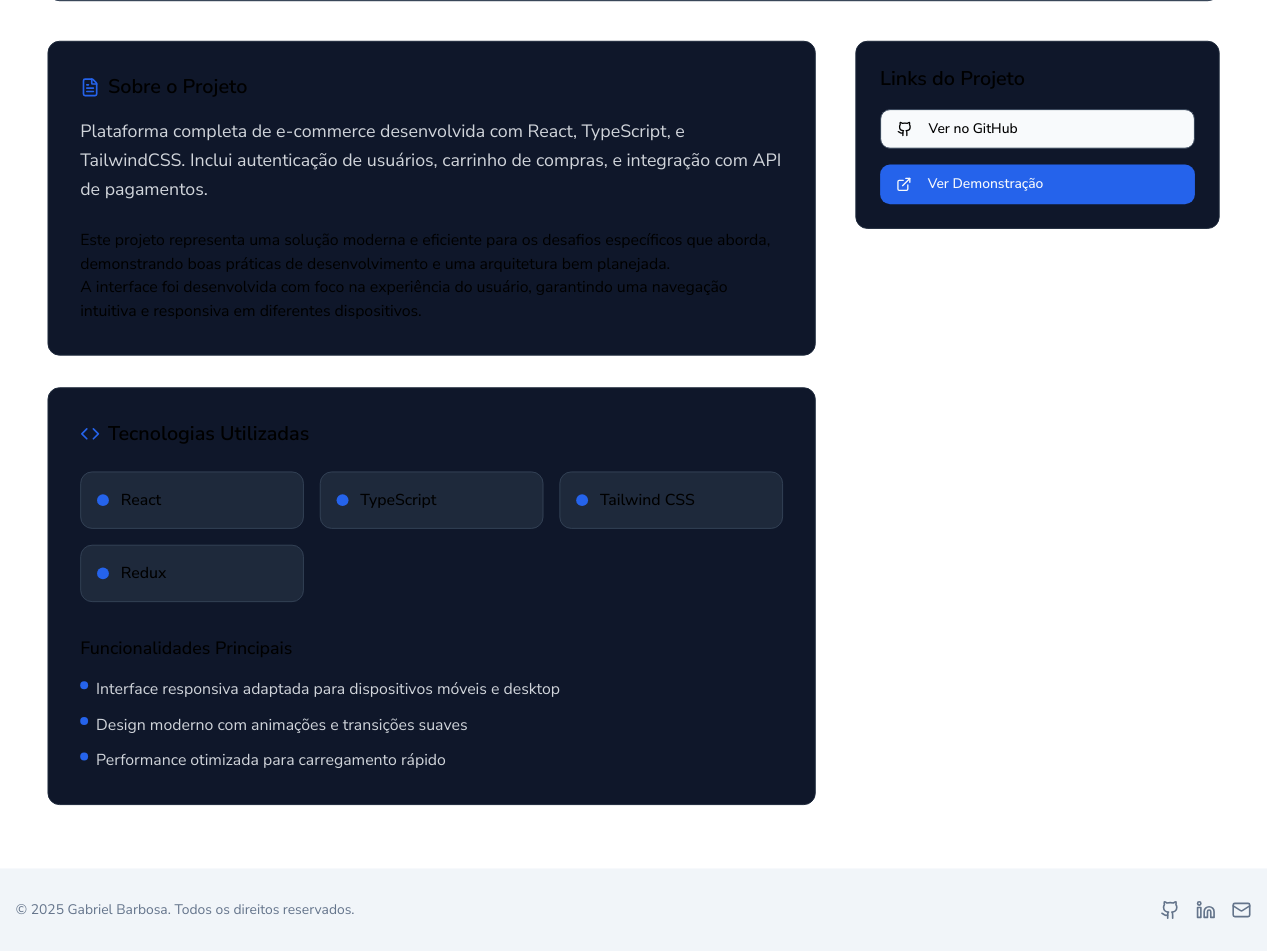
Repository: Biel-barbosa/portfolio-gabriel
Page: /projetos/1
The author's editor kept a copy of each file at every save. The page is drawn from the files as they stood at one save, then again after the next save.
The browser window is 1280 px wide. The pictures show the part of the page from y = 679 to 1640 px (the page is 1640 px tall), at 99% of full size.
The page's requests for data from a server got no answer. The project was rebuilt for these pictures with package versions that can differ from the ones it lists, and the page was loaded fresh each time. No one was signed in, and anything a server would have sent is missing. Also part of the build but not shown: vite.config.ts, src/components/ui/tooltip.tsx, src/components/ui/card.tsx, src/components/ui/badge.tsx, src/components/ProjectCard.tsx, src/pages/Index.tsx, src/pages/Projects.tsx, src/pages/Contact.tsx and 1 more.

Above is the page before, as saved 2025-05-20 16:55:20.

After the next save:
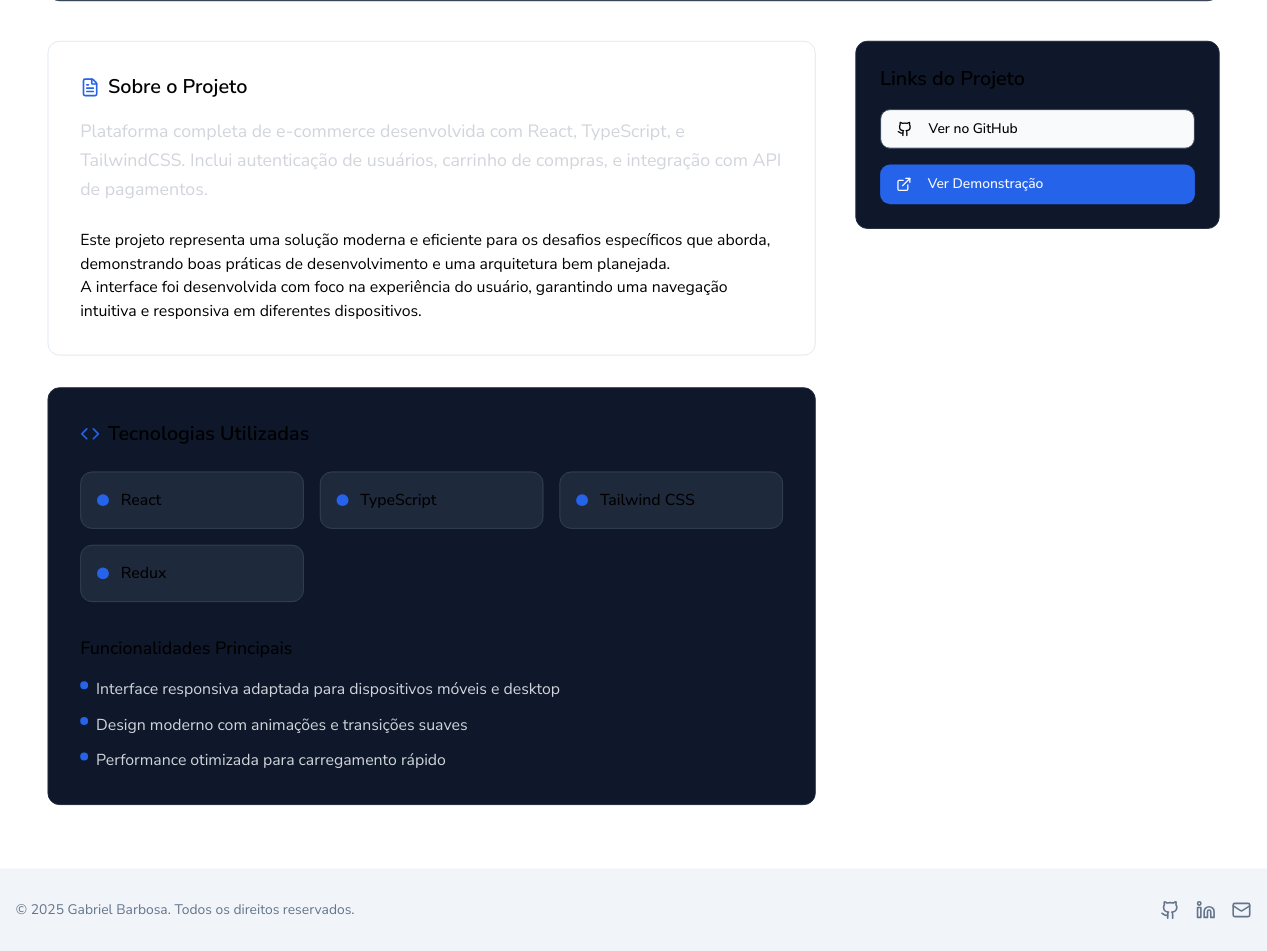
Saved 2 min 44 s later.
--- a/src/pages/ProjectDetail.tsx
+++ b/src/pages/ProjectDetail.tsx
@@ -135,7 +135,7 @@ const ProjectDetail = () => {
 
               <div className="grid md:grid-cols-3 gap-10">
                 <div className="md:col-span-2">
-                  <div className="bg-slate-900 border border-slate-800 rounded-lg p-8 mb-8">
+                  <div className="bg-white border border-white-800 rounded-lg p-8 mb-8">
                     <h2 className="text-xl font-semibold mb-4 flex items-center">
                       <FileText className="mr-2 h-5 w-5 text-primary" />
                       Sobre o Projeto
